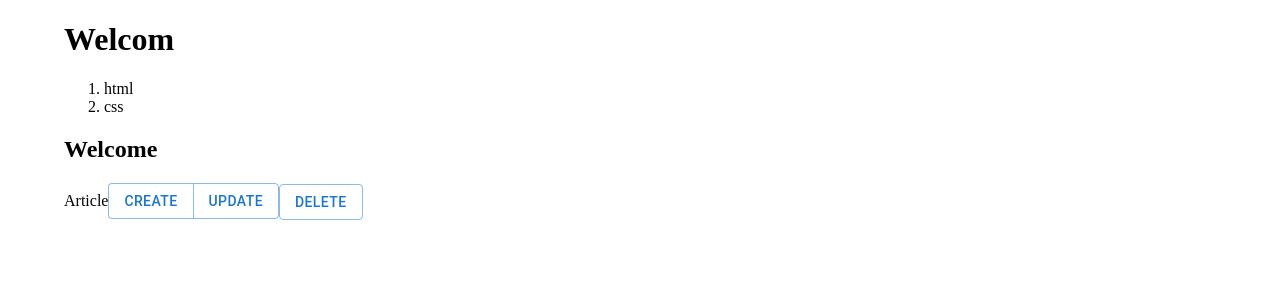
Repository: chlwpdnswku/nextjsportpolioclone
Page: /
These files come from the project's save history. The page is drawn as it stood at one moment and after the next save; the edit follows.
The browser window is 1280 px wide. The pictures show the whole page.
The project was rebuilt for these pictures with package versions that can differ from the ones it lists, and the page was loaded fresh each time. The framework's server and built-in components were replaced by stand-ins that run in the browser. Also part of the build but not shown: next.config.js.

Above is the page before, as saved 2022-08-05 16:04:40.

After the next save:
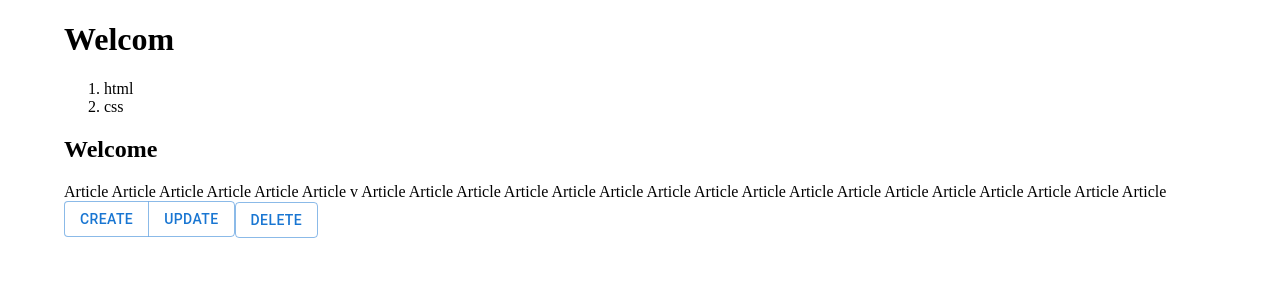
Saved 31 s later.
--- a/pages/index.tsx
+++ b/pages/index.tsx
@@ -38,7 +38,9 @@ function Article() {
   return (
     <article>
       <h2>Welcome</h2>
-      Article
+      Article Article Article Article Article Article v Article Article Article
+      Article Article Article Article Article Article Article Article Article
+      Article Article Article Article Article
       <ButtonGroup>
         {' '}
         <Button variant='outlined'>Create</Button>
